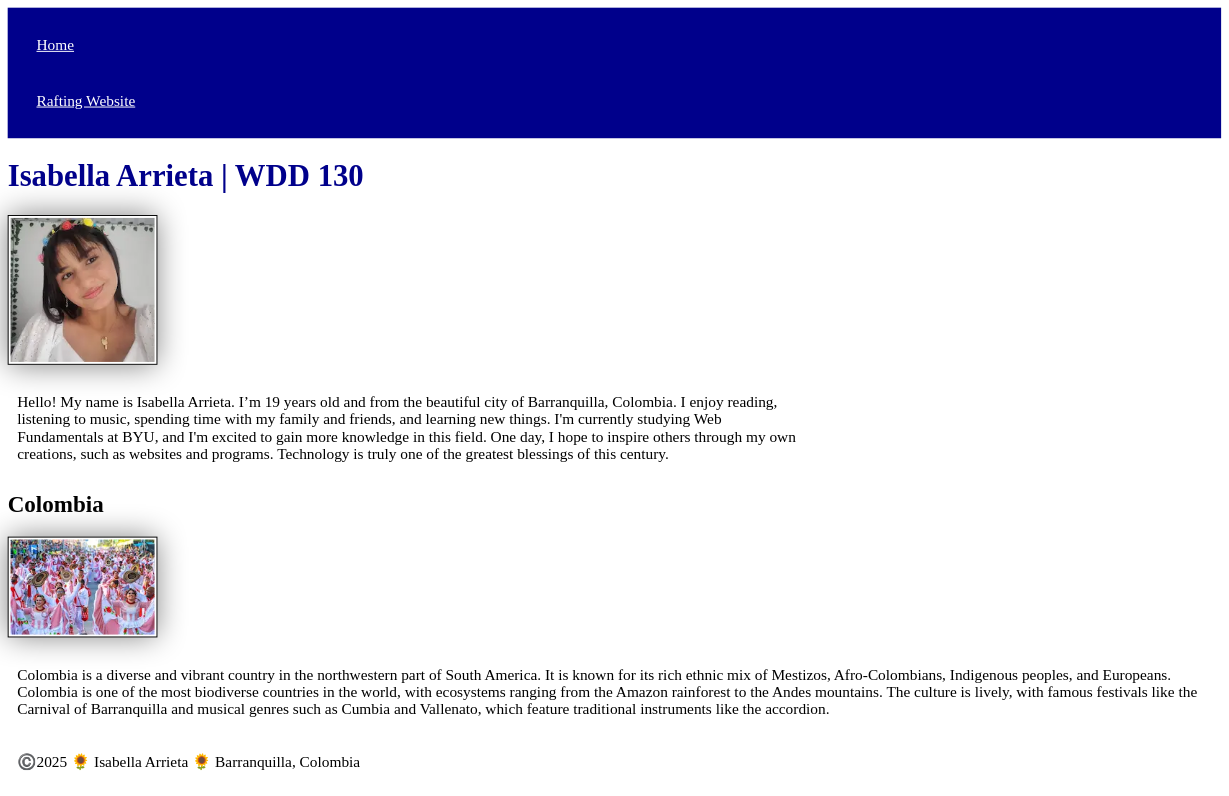
Repository: isaAJ05/wdd130
Page: index.html
The author's editor kept a copy of each file at every save. The page is drawn from the files as they stood at one save, then again after a run of saves.
The browser window is 1280 px wide. The pictures show the whole page, at 96% of full size.

Above is the page before, as saved 2025-05-15 12:41:22.

### index.html
<!DOCTYPE html>
<html lang="en-US">
    <head>
        <meta charset="UTF-8">
        <meta name="viewport" content="width=device-width, initial-scale=1.0">
        <title>Isabella Arrieta | WDD 130</title>
        <meta name="description" content="About Isabella Arrieta">
        <meta name="author" content="Isabella Arrieta">
        <link rel="stylesheet" href="styles/styles.css">
    </head>
    <body>
        <header>
            <nav>
                <a href="#">Home</a>
                <a href="wwr/">Rafting Website</a>
            </nav>
        </header>
        <main>
            <h1>Isabella Arrieta | WDD 130</h1>
            <img src="images/profile.webp" alt="Hello, my name is Isabella Arrieta Juliao" width="200">
            <p>Hello! My name is Isabella Arrieta. I’m 19 years old and from the beautiful city of Barranquilla, Colombia. I enjoy reading, listening to music, spending time with my family and friends, and learning new things. I'm currently studying Web Fundamentals at BYU, and I'm excited to gain more knowledge in this field. One day, I hope to inspire others through my own creations, such as websites and programs. Technology is truly one of the greatest blessings of this century.</p>
        </main>
        <aside>
            <h2>Colombia</h2>
            <img src="images/cumbia.webp" alt="This is Cumbia a famous dance from Colombia" width="200">
            <p>Colombia is a diverse and vibrant country in the northwestern part of South America. It is known for its rich ethnic mix of Mestizos, Afro-Colombians, Indigenous peoples, and Europeans. Colombia is one of the most biodiverse countries in the world, with ecosystems ranging from the Amazon rainforest to the Andes mountains. The culture is lively, with famous festivals like the Carnival of Barranquilla and musical genres such as Cumbia and Vallenato, which feature traditional instruments like the accordion.</p>
        </aside>
        <footer>
            <p>©️2025 🌻 Isabella Arrieta 🌻 Barranquilla, Colombia</p>
        </footer>
    </body>
</html>

### styles/styles.css
nav {
    background-color: darkblue;
    padding: 10px;
}

nav a {
    color: white;
    display: block;
    padding: 20px;
}

h1 {
    color: darkblue;
}

img {
    width: 150px;
    height: auto;
    border: 1px solid black;
    padding: 2px;
    box-shadow: 0 0 30px gray;
}

p {
    padding: 10px;
}

main{
    max-width: 840px;
}

aside{
    width: ;
    margin: ;
    border: ;
    padding: ;
    background-color: ;
    color: ;
}

After the next 2 saves:
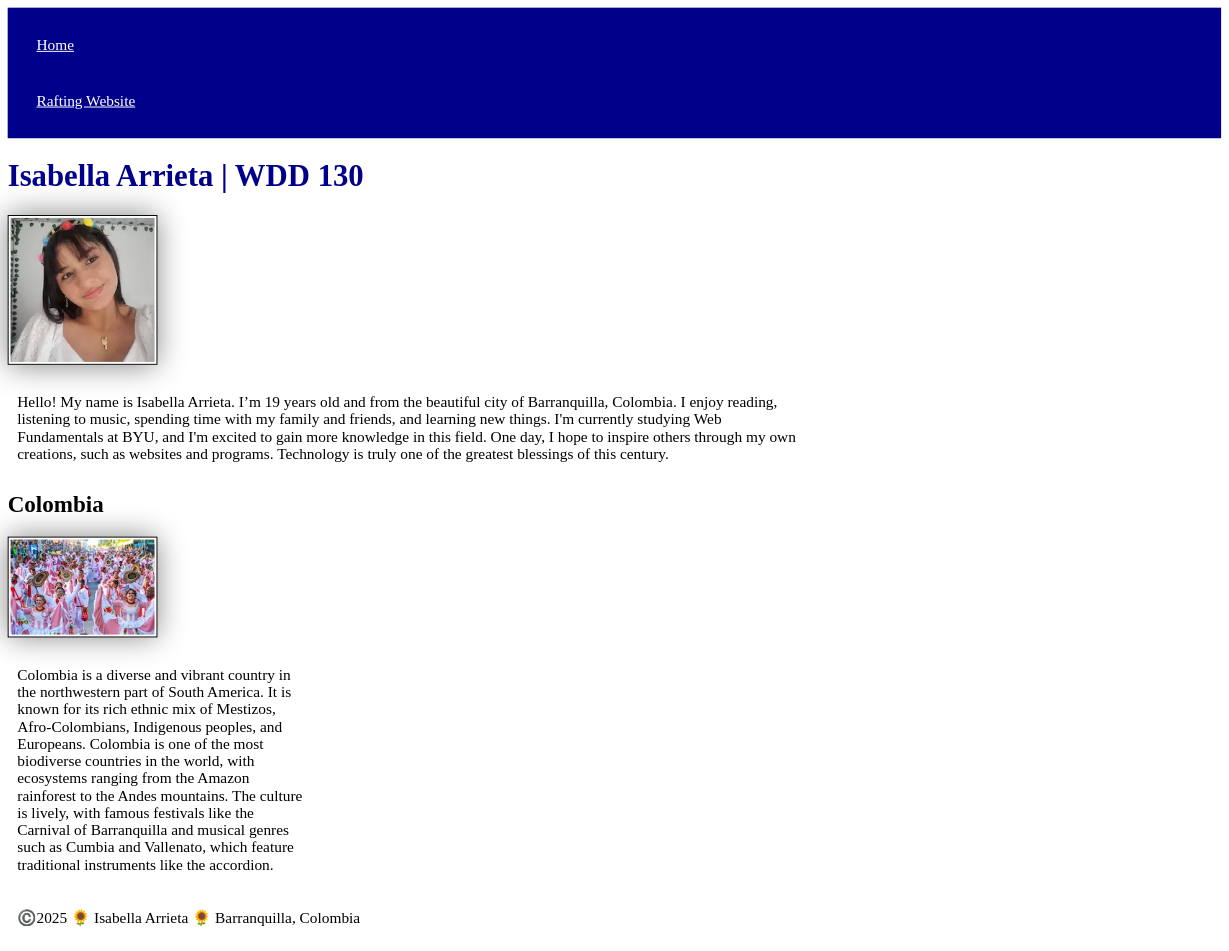
The 2 saves are shown as one change because they came seconds apart.
The last was saved 84 s later.
--- a/styles/styles.css
+++ b/styles/styles.css
@@ -30,7 +30,7 @@ main{
 }
 
 aside{
-    width: ;
+    width: 20rem;
     margin: ;
     border: ;
     padding: ;
